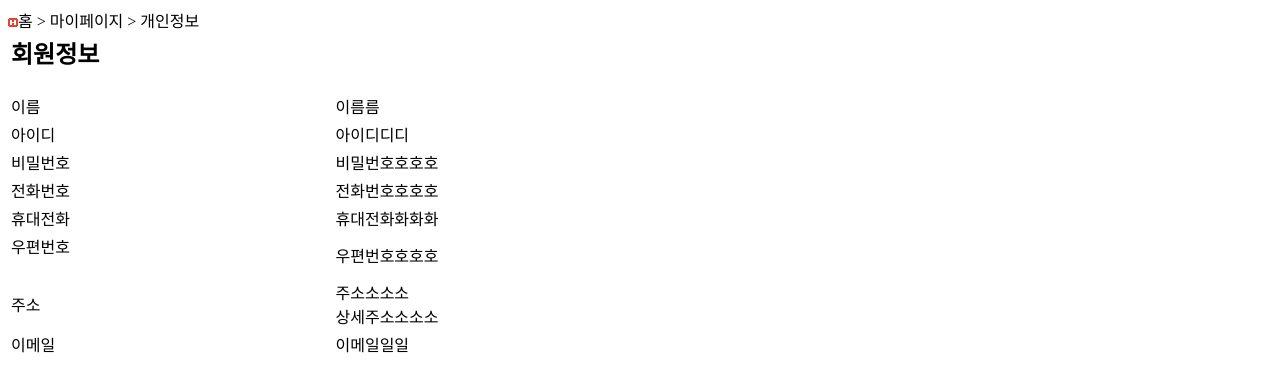
Repository: heeya90/ProjectShoppingMall
Page: http://localhost/ProjectShoppingMall/mypage/mypage_view.jsp
These files come from the project's save history. The page is drawn as it stood at one moment and after the next save; the edit follows.
The browser window is 1280 px wide. The pictures show the whole page.
The page is served by Tomcat 9.

Above is the page before, as saved 2012-07-30 08:53:28.

### ProjectShoppingMall/WebContent/mypage/mypage_view.jsp
<%@ page language="java" contentType="text/html; charset=EUC-KR"
    pageEncoding="EUC-KR"%>

	<div class="sub_loca">
		<img src="./img/icon_home.gif" alt="현재위치" />홈 > 마이페이지 > 개인정보
	</div>

	<table class="jw_normal_table" style="align:center; width:70%">
		<tr class="join02_tr">
			<td colspan="2">
				<label><h2>회원정보</h2> </label></td>
		</tr>

		<tr class="join02_tr">
			<td class="join02_left01">
				<label>이름 </label></td>
			<td class="join02_right">
				<label>이름름 </label></td>
		</tr>

		<tr class="join02_tr">
			<td class="join02_left01">
				<label>아이디 </label></td>
			<td class="join02_right">
				<label>아이디디디 </label></td>
		</tr>

		<tr class="join02_tr">
			<td class="join02_left01">
				<label>비밀번호 </label></td>
			<td class="join02_right">
				<label>비밀번호호호호 </label></td>
		</tr>

		<tr class="join02_tr">
			<td class="join02_left01">
				<label>전화번호 </label></td>
			<td class="join02_right">
				<label>전화번호호호호 </label></td>
		</tr>

		<tr class="join02_tr">
			<td class="join02_left01">
				<label>휴대전화 </label></td>
			<td class="join02_right">
				<label>휴대전화화화화 </label></td>
		</tr>

		<tr class="join02_tr">
			<td class="join02_left01">
				<label>우편번호<br><br> </label></td>
			<td class="join02_right">
				<label>우편번호호호호 </label></td>
		</tr>

		<tr class="join02_tr">
			<td class="join02_left01"><label>주소 </label></td>
			<td class="join02_right"><label>주소소소소 <br> 상세주소소소소 </label></td>
		</tr>

		<tr class="join02_tr">
			<td class="join02_left01"><label>이메일 </label></td>
			<td class="join02_right"><label>이메일일일 </label></td>
		</tr>

	</table>
	</div>

After the next save:
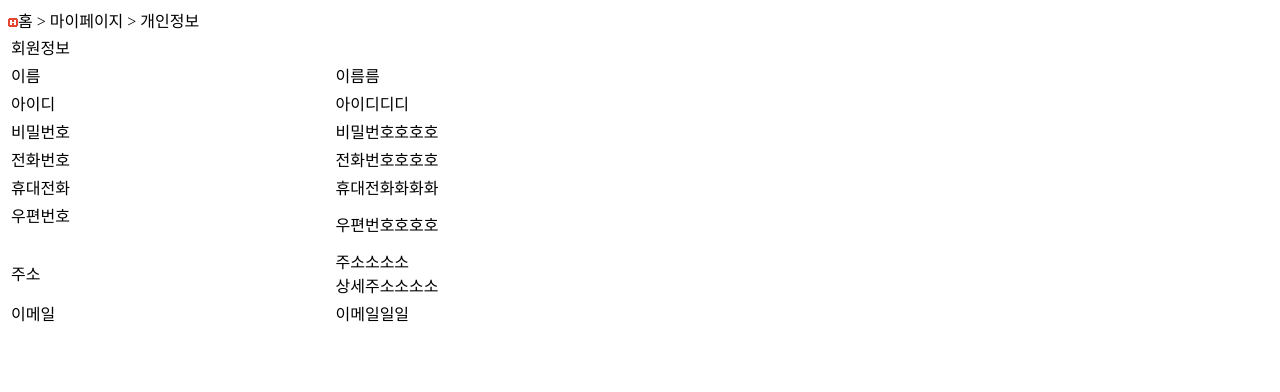
Saved 2 min 13 s later.
--- a/ProjectShoppingMall/WebContent/mypage/mypage_view.jsp
+++ b/ProjectShoppingMall/WebContent/mypage/mypage_view.jsp
@@ -6,62 +6,64 @@
 	</div>
 
 	<table class="jw_normal_table" style="align:center; width:70%">
-		<tr class="join02_tr">
+		<tr>
 			<td colspan="2">
-				<label><h2>회원정보</h2> </label></td>
+				<label class="jw_lbl_title">회원정보</label></td>
 		</tr>
 
-		<tr class="join02_tr">
-			<td class="join02_left01">
+		<tr>
+			<td class="jw_lheader">
 				<label>이름 </label></td>
-			<td class="join02_right">
+			<td>
 				<label>이름름 </label></td>
 		</tr>
 
-		<tr class="join02_tr">
-			<td class="join02_left01">
+		<tr>
+			<td class="jw_lheader">
 				<label>아이디 </label></td>
-			<td class="join02_right">
+			<td>
 				<label>아이디디디 </label></td>
 		</tr>
 
-		<tr class="join02_tr">
-			<td class="join02_left01">
+		<tr>
+			<td class="jw_lheader">
 				<label>비밀번호 </label></td>
-			<td class="join02_right">
+			<td>
 				<label>비밀번호호호호 </label></td>
 		</tr>
 
-		<tr class="join02_tr">
-			<td class="join02_left01">
+		<tr>
+			<td class="jw_lheader">
 				<label>전화번호 </label></td>
-			<td class="join02_right">
+			<td>
 				<label>전화번호호호호 </label></td>
 		</tr>
 
-		<tr class="join02_tr">
-			<td class="join02_left01">
+		<tr>
+			<td class="jw_lheader">
 				<label>휴대전화 </label></td>
-			<td class="join02_right">
+			<td>
 				<label>휴대전화화화화 </label></td>
 		</tr>
 
-		<tr class="join02_tr">
-			<td class="join02_left01">
+		<tr>
+			<td class="jw_lheader">
 				<label>우편번호<br><br> </label></td>
-			<td class="join02_right">
+			<td>
 				<label>우편번호호호호 </label></td>
 		</tr>
 
-		<tr class="join02_tr">
-			<td class="join02_left01"><label>주소 </label></td>
-			<td class="join02_right"><label>주소소소소 <br> 상세주소소소소 </label></td>
+		<tr>
+			<td class="jw_lheader">
+				<label>주소 </label></td>
+			<td>
+				<label>주소소소소 <br> 상세주소소소소 </label></td>
 		</tr>
 
-		<tr class="join02_tr">
-			<td class="join02_left01"><label>이메일 </label></td>
-			<td class="join02_right"><label>이메일일일 </label></td>
+		<tr>
+			<td class="jw_lheader">
+				<label>이메일 </label></td>
+			<td>
+				<label>이메일일일 </label></td>
 		</tr>
-
 	</table>
-	</div>
